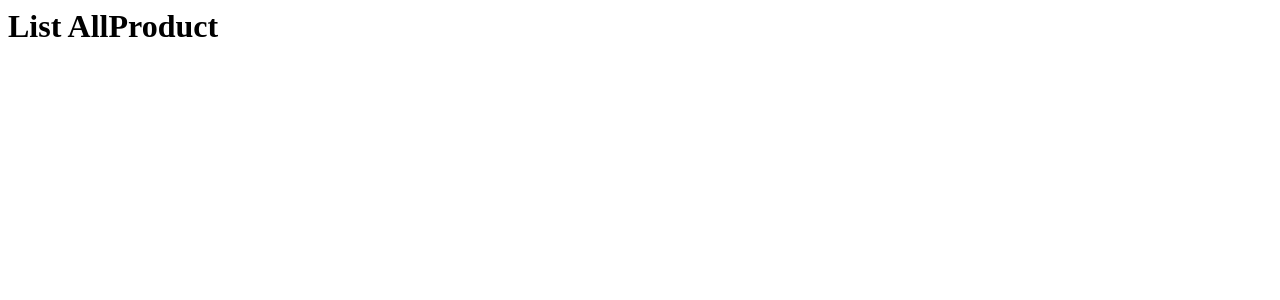
Repository: mealeaseng/SA_Project
Page: Admin/admin/src/Components/product/product.html
An editor plug-in stored every save of this project. The page is shown before and after the next save, followed by the edit.
The browser window is 1280 px wide. The pictures show the whole page.

Above is the page before, as saved 2025-11-07 12:31:28.

### Admin/admin/src/Components/product/product.html
<div>
  <h1>List AllProduct</h1>
</div>

After the next save:
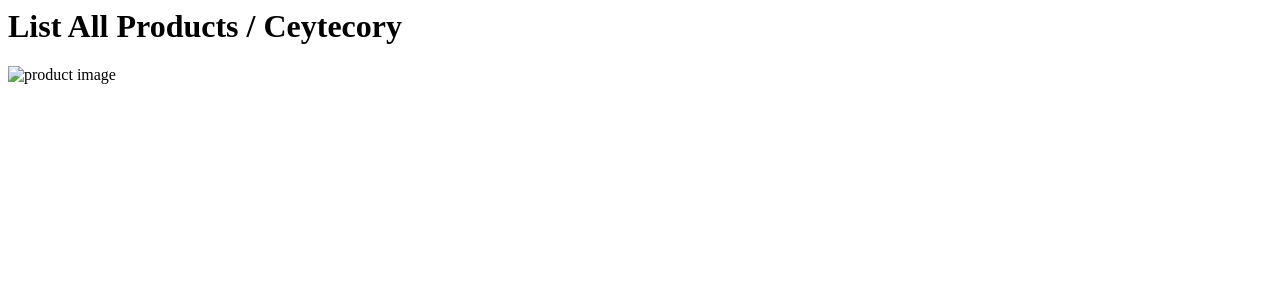
Saved 37 s later.
--- a/Admin/admin/src/Components/product/product.html
+++ b/Admin/admin/src/Components/product/product.html
@@ -1,3 +1,7 @@
 <div>
-  <h1>List AllProduct</h1>
+  <h1>List All Products / Ceytecory</h1>
 </div>
+
+<div>
+  <img src="" alt="product image" />
+</div>
